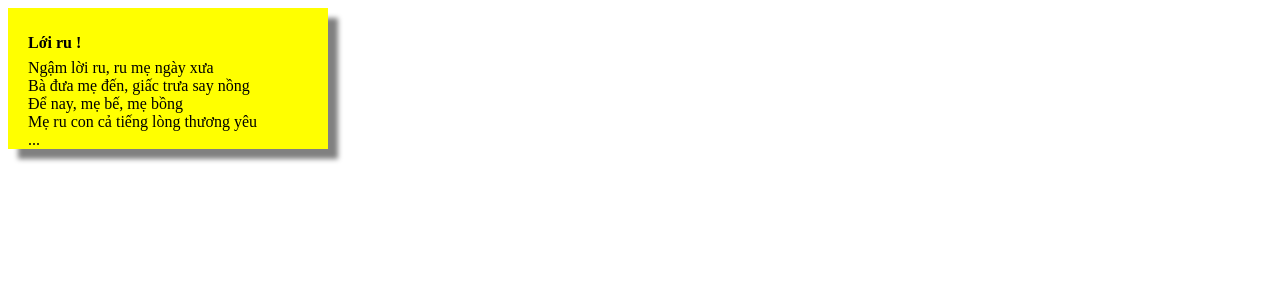
Repository: Tan-Khang21/TH_TKW--Buoi_07
Page: Bai_Tap_Mau/Bai_03/Shadow2.html
An editor plug-in stored every save of this project. The page is shown before and after the next save, followed by the edit.
The browser window is 1280 px wide. The pictures show the whole page.

Above is the page before, as saved 2024-03-12 15:47:56.

After the next save:
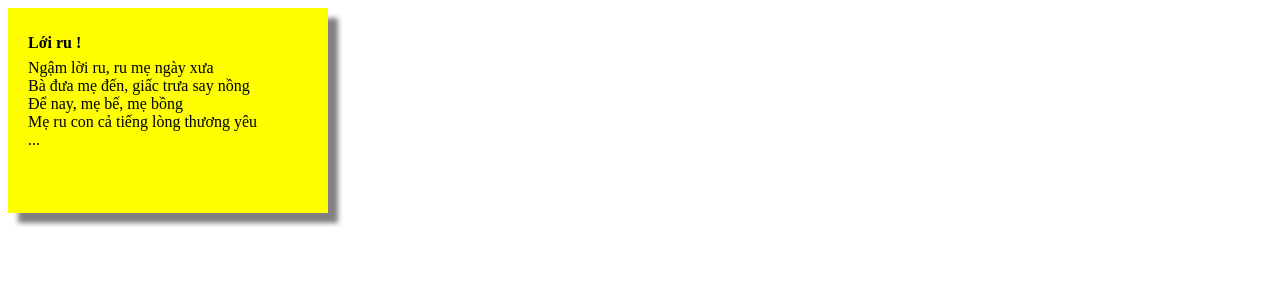
Saved 27 s later.
--- a/Bai_Tap_Mau/Bai_03/Shadow2.html
+++ b/Bai_Tap_Mau/Bai_03/Shadow2.html
@@ -11,6 +11,7 @@
         background-color: yellow;
         box-shadow: 10px 10px 5px grey;
         width: 300px;
+        height: 200px;
         padding-top: 5px;
         padding-left: 20px;
       }
